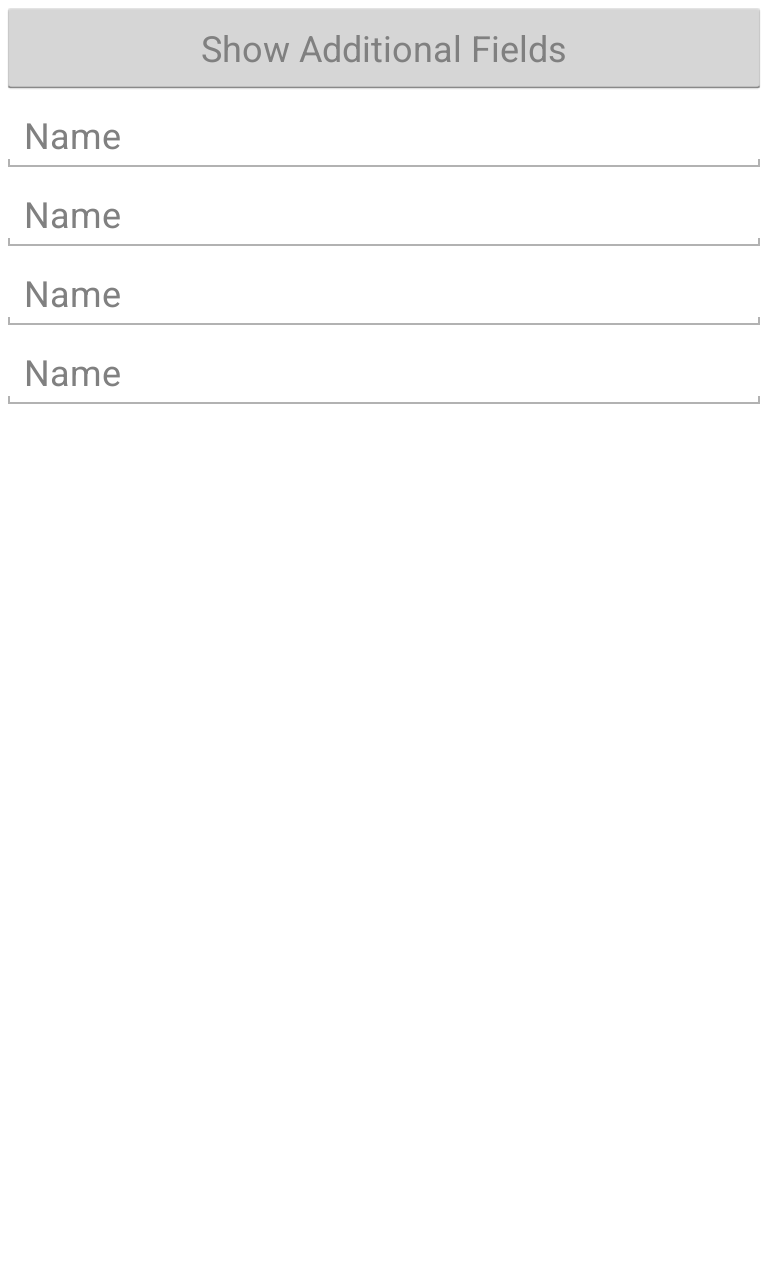
Repository: radupoenaru1992/Lab04
Layout: ContactsManager/res/layout/fragment_basic_details.xml
These files come from the project's save history. The layout is drawn as it stood at one moment and after the next save; the edit follows.
It is drawn on a 768 x 1280 px phone screen (xhdpi) without system bars, with theme AppTheme; the app's code is not run.

Above is the layout before, as saved 2015-03-28 22:29:42.

### ContactsManager/res/layout/fragment_basic_details.xml
<?xml version="1.0" encoding="utf-8"?>
<LinearLayout xmlns:android="http://schemas.android.com/apk/res/android"
    android:layout_width="match_parent"
    android:layout_height="match_parent"
    android:orientation="vertical" >

    <Button
        android:layout_width="match_parent"
        android:layout_height="wrap_content"
        android:gravity="center"
        android:hint="@string/show"
        />

    <EditText
        android:layout_width="match_parent"
        android:layout_height="wrap_content"
        android:hint="Name"/>

    <EditText
        android:layout_width="match_parent"
        android:layout_height="wrap_content"
        android:hint="Name"/>

    <EditText
        android:layout_width="match_parent"
        android:layout_height="wrap_content"
        android:hint="Name"/>

    <EditText
        android:layout_width="match_parent"
        android:layout_height="wrap_content"
        android:hint="Name"/>


</LinearLayout>

### ContactsManager/res/values/strings.xml
<?xml version="1.0" encoding="utf-8"?>
<resources>

    <string name="app_name">ContactsManager</string>
    <string name="action_settings">Settings</string>
    <string name="hello_world">Hello world!</string>

    <string name="show">Show Additional Fields</string>
    <string name="hide">Hide Additional Fields</string>

</resources>

Loaded but not shown: ContactsManager/res/values/styles.xml (common file); ContactsManager/res/values-v11/styles.xml (common file); ContactsManager/res/values-v14/styles.xml (common file)

After the next save:
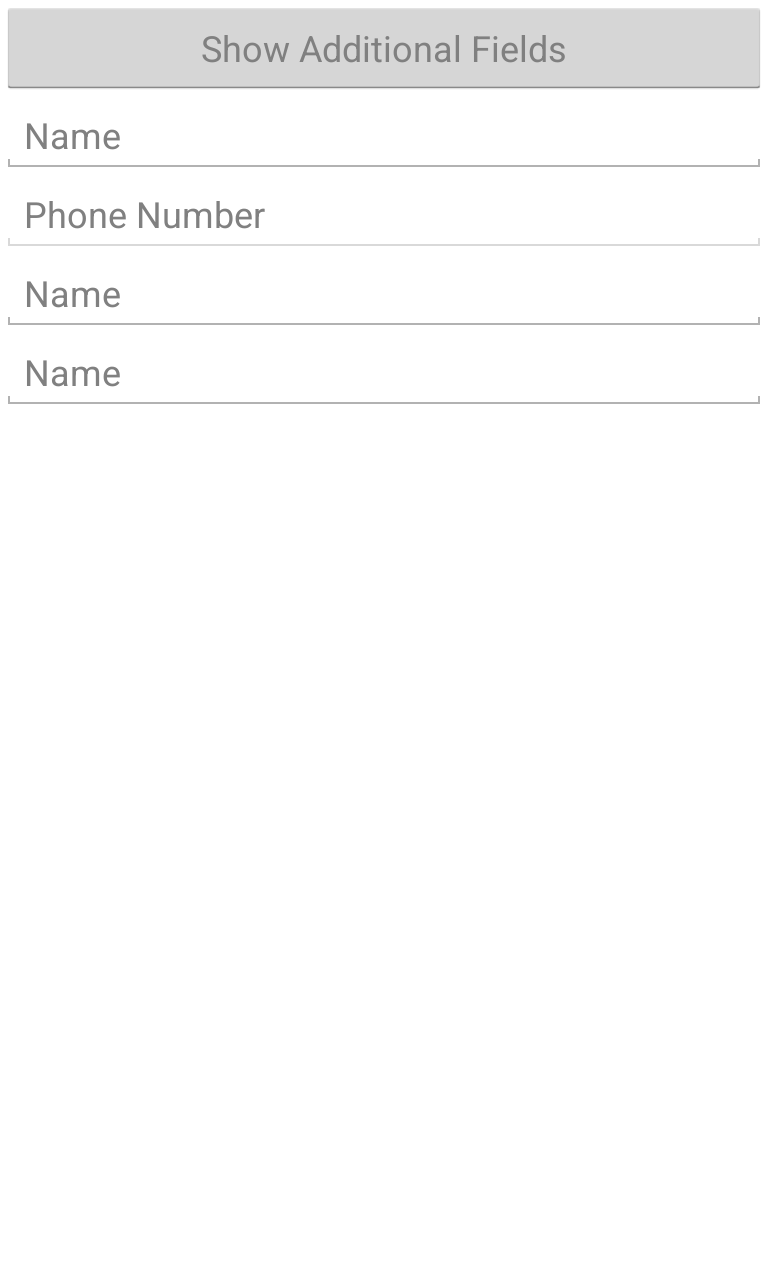
Saved 29 s later.
--- a/ContactsManager/res/layout/fragment_basic_details.xml
+++ b/ContactsManager/res/layout/fragment_basic_details.xml
@@ -19,7 +19,8 @@
     <EditText
         android:layout_width="match_parent"
         android:layout_height="wrap_content"
-        android:hint="Name"/>
+        android:hint="Phone Number"
+        android:enabled="false"/>
 
     <EditText
         android:layout_width="match_parent"
